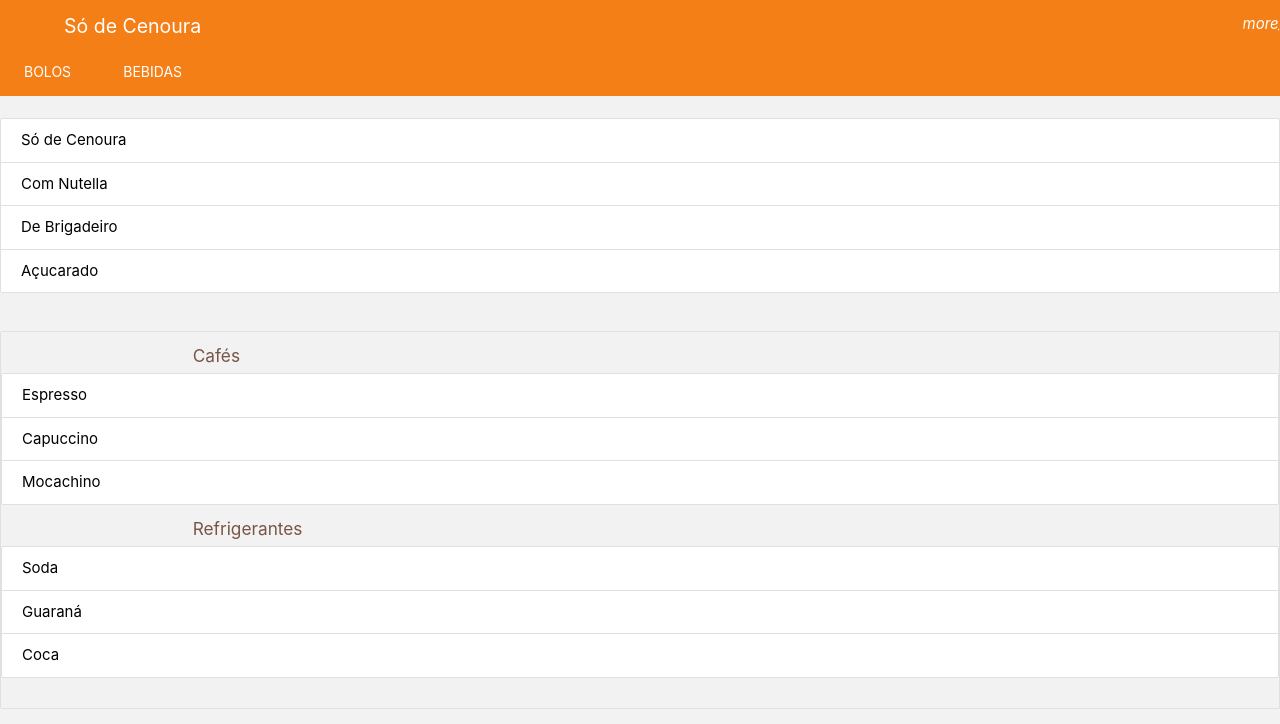
Repository: TaRCioS-CLaY/Mobile_RC_Clay
Page: garconapp/www/index.html
The author's editor kept a copy of each file at every save. The page is drawn from the files as they stood at one save, then again after the next save.
The browser window is 1280 px wide. The pictures show the whole page.

Above is the page before, as saved 2019-05-02 23:25:33.

### garconapp/www/index.html
<!DOCTYPE html>
<html>
  <head>
    <meta	name="viewport"
          content="width=device-width,	initial-scale=1">
    <meta	charset="utf-8">
    <title>Só	de	Cenoura	Garçom</title>
    <!-- <link	rel="stylesheet" href="css/MaterialIcons-Regular.ttfs"> -->
    <link	rel="stylesheet" href="css/materialize.css">
    <link	rel="stylesheet" href="css/estilos.css">
  </head>
  <body>
    <div	class="valign-wrapper	yellow	darken-4	white-text">
      <h5	class="titulo">Só	de	Cenoura</h5>
      <div>
              <i	class="material-icons	waves-effect
                                  waves-light	waves-circle">more_vert</i>
      </div>
</div>
    <ul	class="tabs	yellow	darken-4">
      <li	class="tab">
        <a	href="#bolos"
           class="white-text	waves-effect	waves-light">
          Bolos
        </a>
      </li>
      <li	class="tab">
        <a	href="#bebidas"
           class="white-text	waves-effect	waves-light">
          Bebidas
        </a>
      </li>
    </ul>
    <div	id="bolos" class="section">
      <div	class="collection">
        <a	class="collection-item waves-effect black-text">Só	de	Cenoura</a>
        <a	class="collection-item waves-effect black-text">Com	Nutella</a>
        <a	class="collection-item waves-effect black-text">De	Brigadeiro</a>
        <a	class="collection-item waves-effect black-text">Açucarado</a>
      </div>
    </div>
    <div	class="collection brown-text">
      <div	id="bebidas" class="section">
        <h6	class="container">Cafés</h6>
        <div	class="collection">
          <a	class="collection-item waves-effect black-text">Espresso</a>
          <a	class="collection-item waves-effect black-text">Capuccino</a>
          <a	class="collection-item waves-effect black-text">Mocachino</a>
        </div>
        <h6	class="container brown-text">Refrigerantes</h6>
        <div	class="collection">
          <a	class="collection-item waves-effect black-text">Soda</a>
          <a	class="collection-item waves-effect black-text">Guaraná</a>
          <a	class="collection-item waves-effect black-text">Coca</a>
        </div>
      </div>


      <script	src="js/jquery-3.4.0.min.js"></script>
      <script	src="js/materialize.min.js"></script>
  </body>
</html>

### garconapp/www/css/estilos.css
.titulo	{
    font-size: 1.3rem;
    margin-left: 5%;
    margin-right:	auto;
}

.tabs .indicator	{
    background-color:	white;
}

body	{
    background-color: #F2F2F2;
}

Loaded but not shown: garconapp/www/css/materialize.css (library); garconapp/www/js/jquery-3.4.0.min.js (library); garconapp/www/js/materialize.min.js (library)

After the next save:
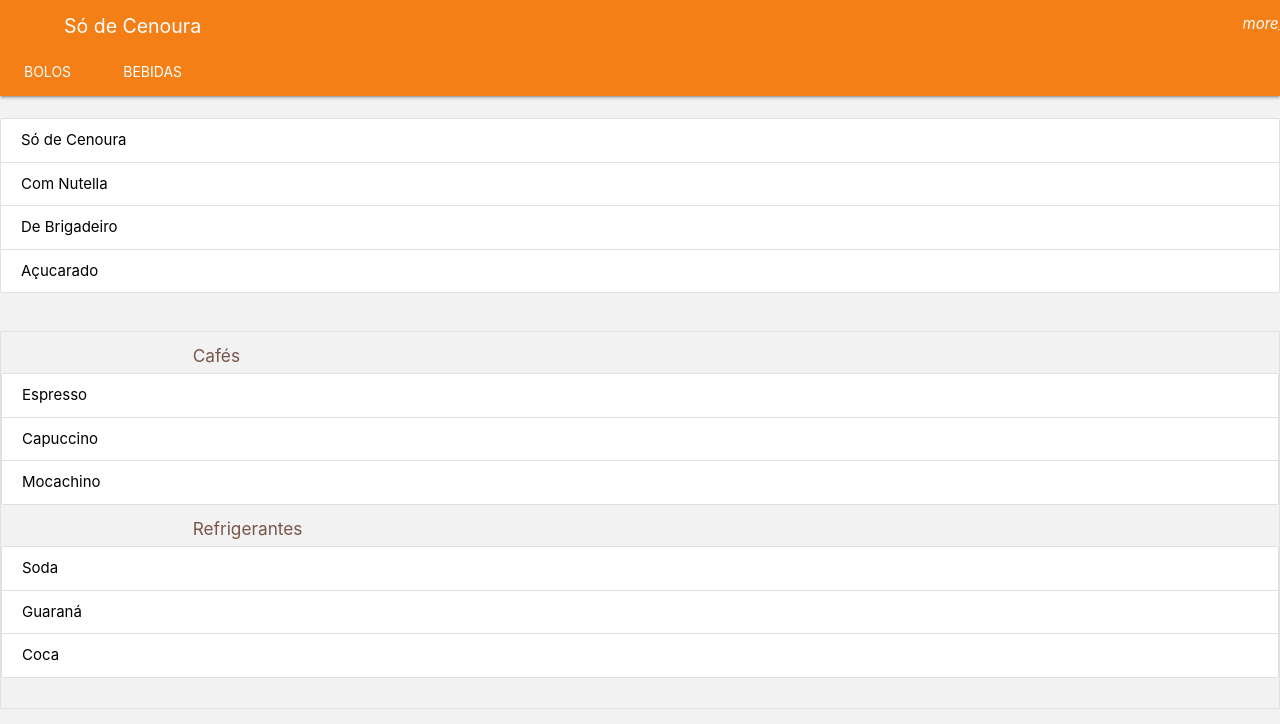
Saved 84 s later.
--- a/garconapp/www/index.html
+++ b/garconapp/www/index.html
@@ -10,6 +10,7 @@
     <link	rel="stylesheet" href="css/estilos.css">
   </head>
   <body>
+    <div	class="topo-fixo	z-depth-1">
     <div	class="valign-wrapper	yellow	darken-4	white-text">
       <h5	class="titulo">Só	de	Cenoura</h5>
       <div>
@@ -31,6 +32,7 @@
         </a>
       </li>
     </ul>
+    </div>
     <div	id="bolos" class="section">
       <div	class="collection">
         <a	class="collection-item waves-effect black-text">Só	de	Cenoura</a>
